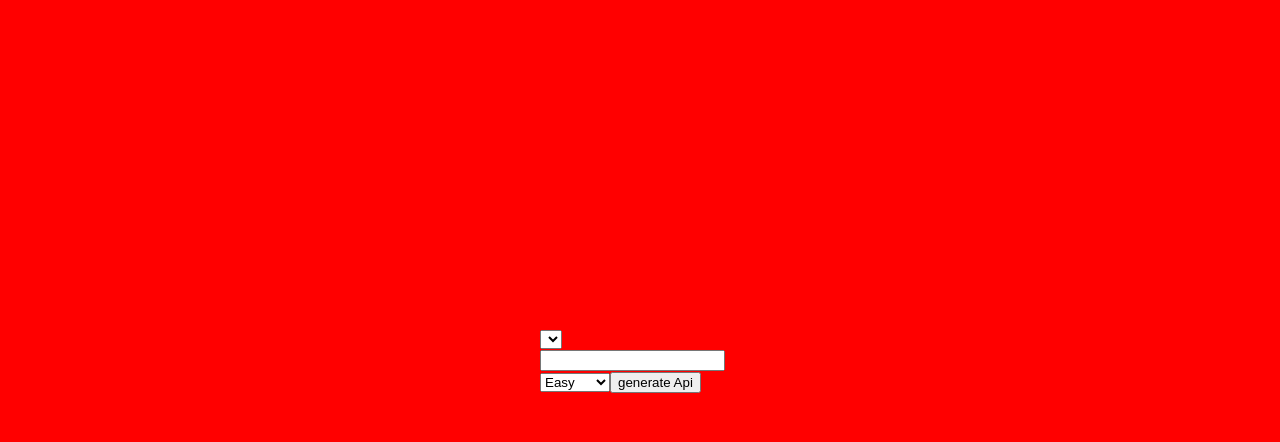
Repository: ranausama48/quiz-App
Page: /
The author's editor kept a copy of each file at every save. The page is drawn from the files as they stood at one save, then again after the next save.
The browser window is 1280 px wide. The pictures show the whole page.
The page's requests for data from a server got no answer. The project was rebuilt for these pictures with package versions that can differ from the ones it lists, and the page was loaded fresh each time. No one was signed in, and anything a server would have sent is missing. Also part of the build but not shown: src/components/QuestionCard.tsx, src/components/ScorePage.tsx, src/components/QuizDash.tsx.

Above is the page before, as saved 2020-07-26 14:24:51.

After the next save:
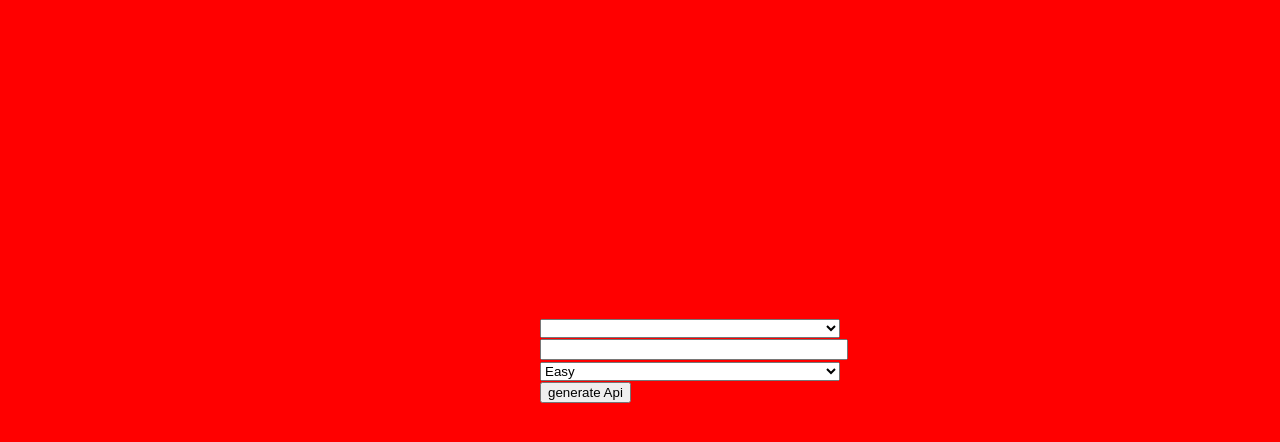
Saved 43 s later.
--- a/src/App.tsx
+++ b/src/App.tsx
@@ -14,7 +14,7 @@ const Container = styled.div`
     max-width: 200px;
     select,
     input {
-      max-width: 300px !important;
+      min-width: 300px !important;
     }
   }
 `;
